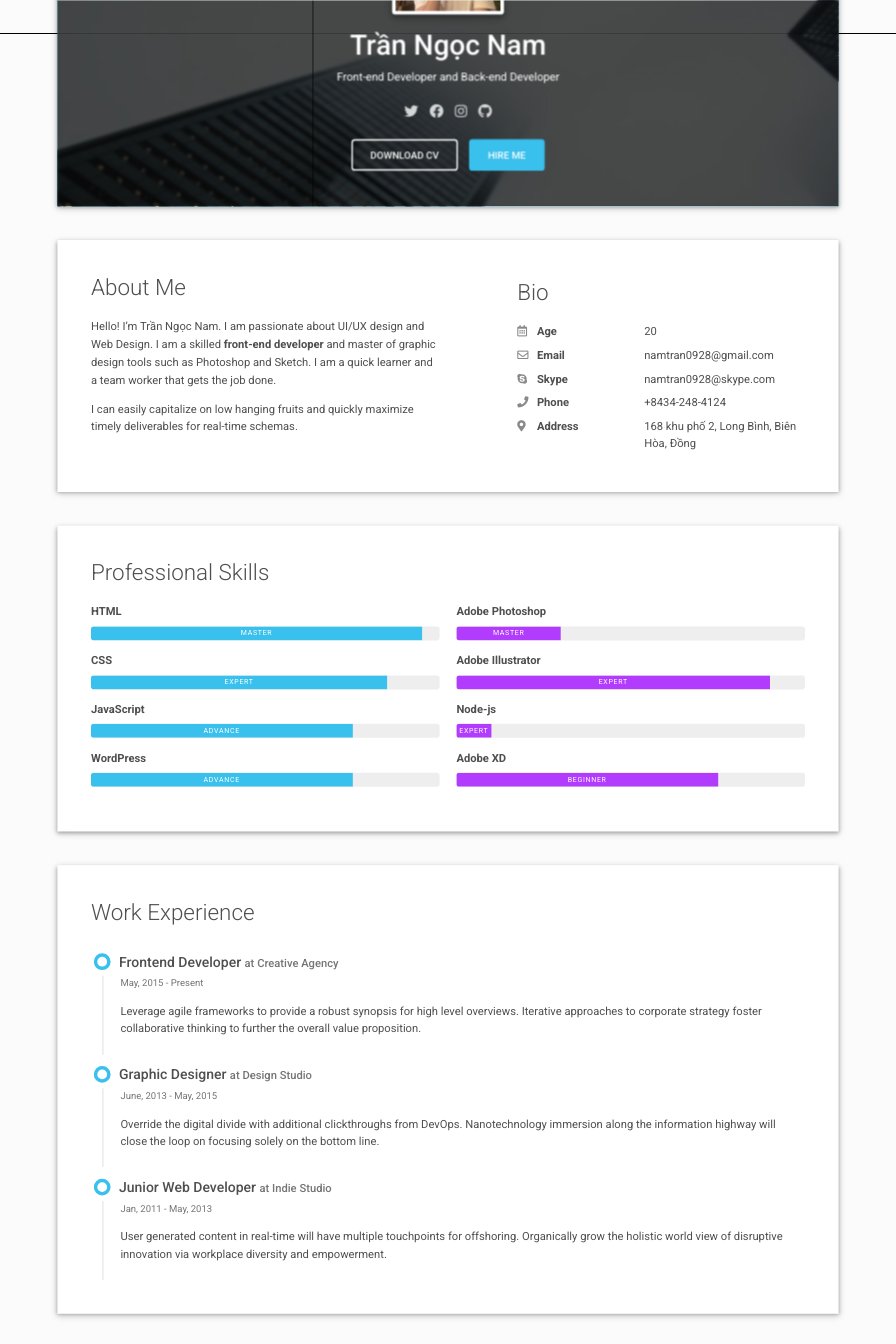
Repository: Namtran3107/CV
Page: index.html
These files come from the project's save history. The page is drawn as it stood at one moment and after a run of saves; the edit follows.
The browser window is 1280 px wide. The pictures show the part of the page from y = 317 to 2237 px (the page is 5347 px tall), at 70% of full size.

Above is the page before, as saved 2023-03-05 20:45:33.

After the next 2 saves:
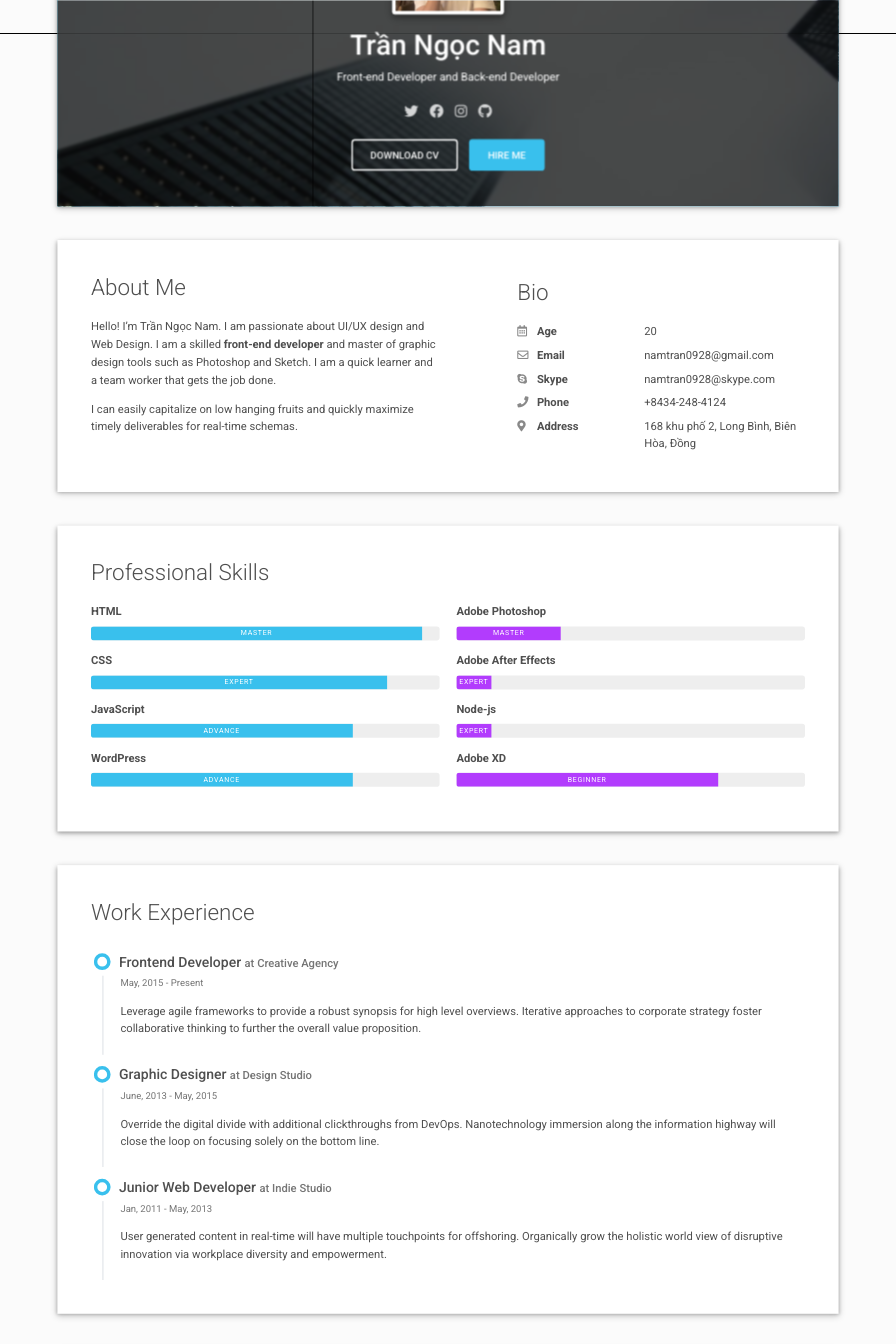
The 2 saves are shown as one change because they came seconds apart.
The last was saved 45 s later.
--- a/index.html
+++ b/index.html
@@ -165,9 +165,9 @@
               <div class="progress-bar bg-secondary" role="progressbar" data-aos="zoom-in-right" data-aos-delay="400" data-aos-anchor=".skills-section" style="width: 30%" aria-valuenow="95" aria-valuemin="0" aria-valuemax="100">Master</div>
             </div>
           </div>
-          <div class="mb-3"><span class="fw-bolder">Adobe Illustrator</span>
-            <div class="progress my-2 rounded" style="height: 20px">
-              <div class="progress-bar bg-secondary" role="progressbar" data-aos="zoom-in-right" data-aos-delay="400" data-aos-anchor=".skills-section" style="width: 90%" aria-valuenow="90" aria-valuemin="0" aria-valuemax="100">Expert</div>
+          <div class="mb-3"><span class="fw-bolder">Adobe After Effects</span>
+            <div class="progress my-2 rounded" style="height: 20px">
+              <div class="progress-bar bg-secondary" role="progressbar" data-aos="zoom-in-right" data-aos-delay="400" data-aos-anchor=".skills-section" style="width: 10%" aria-valuenow="90" aria-valuemin="0" aria-valuemax="100">Expert</div>
             </div>
           </div>
           <div class="mb-3"><span class="fw-bolder">Node-js</span>
